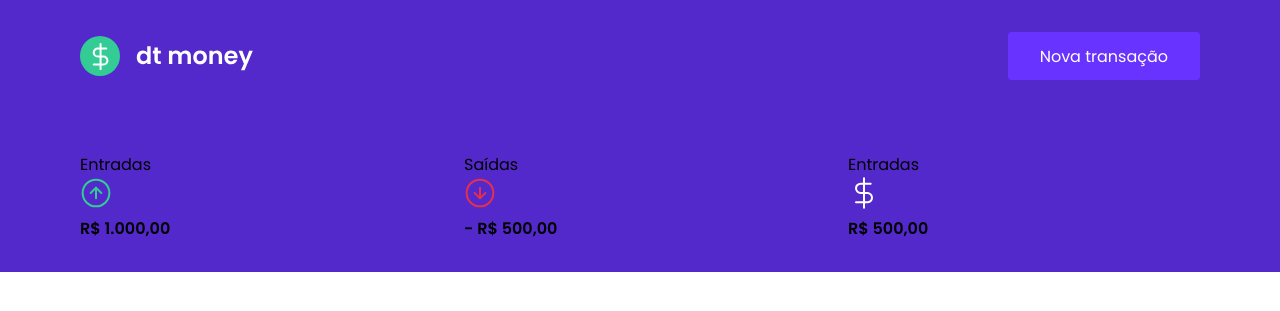
Repository: lucaslopesdevv/dtmoney
Page: /
An editor plug-in stored every save of this project. The page is shown before and after the next save, followed by the edit.
The browser window is 1280 px wide. The pictures show the whole page.
The project was rebuilt for these pictures with package versions that can differ from the ones it lists, and the page was loaded fresh each time.

Above is the page before, as saved 2021-12-06 21:12:56.

### public/index.html
<!DOCTYPE html>
<html lang="en">
  <head>
    <link rel="preconnect" href="https://fonts.googleapis.com">
    <link rel="preconnect" href="https://fonts.gstatic.com" crossorigin>
    <meta charset="utf-8" />
    <meta name="viewport" content="width=device-width, initial-scale=1" />

<Link rel="shortcut icon" href="favicon.png" type="image/png"/>

    <title>Dtmoney</title>
    <link href="https://fonts.googleapis.com/css2?family=Poppins:wght@400;600&family=Roboto:wght@400;700&display=swap" rel="stylesheet">


  </head>
  <body>
    <noscript>You need to enable JavaScript to run this app.</noscript>
    <div id="root"></div>
  </body>
</html>

### src/App.tsx

import { Dashboard } from "./components/Header/Dashboard";
import { Header } from "./components/Header/index";
import { GlobalStyle } from "./styles/global";

export function App() {
  return (
    <>
      <Header />
      <Dashboard />
      <GlobalStyle />
    </>
  );
}

### src/components/Header/Dashboard/index.tsx
import { Summary } from '../../Summary';

import { Container } from './styles';


export function Dashboard() {
    return (
        <Container>
            <Summary />
        </Container>
    );
}

### src/components/Header/index.tsx
import logoImg from '../../assets/logo.svg';
import { Container, Content } from './styles';

export function Header() {
    return (
        <Container>
            <Content>
                <img src={logoImg} alt="dt money" />
                <button type="button">
                    Nova transação
                </button>
            </Content>
        </Container>
    )
}

### src/styles/global.ts
import { createGlobalStyle } from 'styled-components';

export const GlobalStyle = createGlobalStyle`
:root {
    --background: #F0F2F5;
    --red: #e52e4d;
    --blue: #5429cc;
    --blue-light: #6933ff;

    --text-title: #363f5f;
    --text-body: #969cb3;

    --shape: #ffffff;
}
    *{
        margin: 0;
        padding: 0;
        box-sizing: boder-box;
    }

/*font-size: 16px (Desktop)*/

html {
    @media (max-width: 1080px){
        font-size: 93.75%; /*15px*/
    }

    @media (max-width: 720px){
        font-size: 87.5%; /*14px*/
    }
}

    body {
        background-color: var(---background);
        -webkit-font-smoothing: antialiased;
    }

    body, input, textarea, button {
        font-family: 'Poppins', sans-serif;
        font-weight: 400;
    }

    h1, h2, h3, h4, h5, h6, strong{
        font-weight: 600;
    }

    button{
        cursor: pointer;
    }

    [disabled] {
        opacity: 0.6;
        cursor: not-allowed;
    }


`

### src/components/Summary/index.tsx
import incomeImg from '../../assets/income.svg';
import outcomeImg from '../../assets/outcome.svg';
import totalImg from '../../assets/total.svg';

import { Container } from './styles';

export function Summary() {
    return (
        <Container>
            <div>
                <header>
                    <p>Entradas</p>
                    <img src={incomeImg} alt="Entradas" />
                </header>
                <strong>R$ 1.000,00</strong>
            </div>

            <div>
                <header>
                    <p>Saídas</p>
                    <img src={outcomeImg} alt="Saídas" />
                </header>
                <strong>- R$ 500,00</strong>
            </div>

            <div>
                <header>
                    <p>Entradas</p>
                    <img src={totalImg} alt="Total" />
                </header>
                <strong>R$ 500,00</strong>
            </div>
        </Container>
    )
}

### src/components/Header/Dashboard/styles.ts
import styled from "styled-components";

export const Container = styled.main`

    max-width: 1120px;
    margin: 0 auto;
    padding: 2.5rem 1rem;
`;

### src/components/Header/styles.ts
import styled from 'styled-components';

export const Container = styled.header`
background: var(--blue);

`;

export const Content = styled.div`
    max-width: 1120px;
    margin: 0 auto;

    padding: 2rem 1rem 12rem;
    display: flex;
    align-items: center;
    justify-content: space-between;

button{
    font-size: 1rem;
    color: #FFF;
    background: var(--blue-light);
    border: 0;
    padding: 0 2rem;
    border-radius: 0.25rem;
    height: 3rem;

    transition: filter 0.2s;

    &:hover{
        filter: brightness(0.9);
    }
}
`;

### src/components/Summary/styles.ts
import styled from "styled-components";

export const Container = styled.div`
    display: grid;
    grid-template-columns: repeat(3, 1fr);
    gap: 2rem;
    margin-top: -10rem;
`;

Loaded but not shown: src/index.tsx (common file)

After the next save:
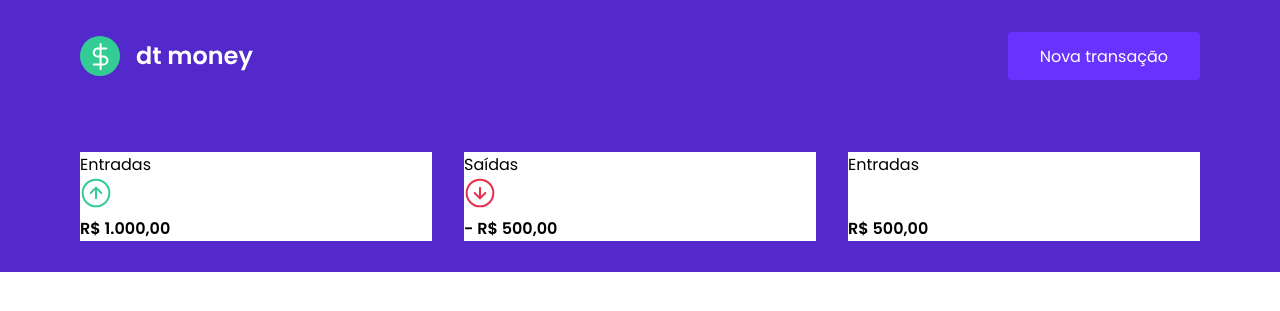
Saved 26 s later.
--- a/src/components/Summary/styles.ts
+++ b/src/components/Summary/styles.ts
@@ -5,4 +5,8 @@ export const Container = styled.div`
     grid-template-columns: repeat(3, 1fr);
     gap: 2rem;
     margin-top: -10rem;
+
+    div {
+        background: var(--shape);
+    }
 `;
